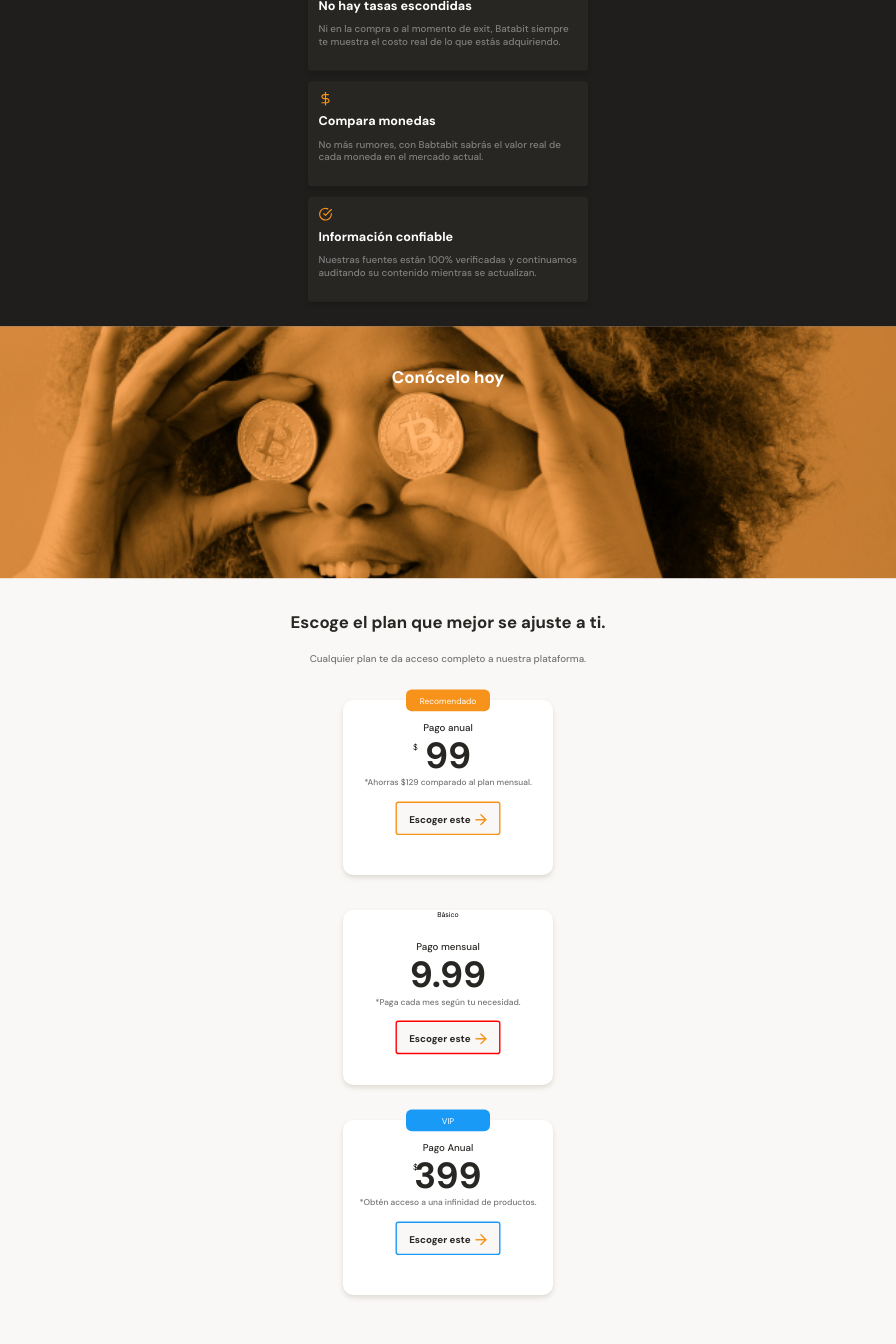
Repository: ChristianGecchelin/spa-full-css-html
Page: index.html
An editor plug-in stored every save of this project. The page is shown before and after the next save, followed by the edit.
The browser window is 1280 px wide. The pictures show the part of the page from y = 1860 to 3780 px (the page is 3780 px tall), at 70% of full size.

Above is the page before, as saved 2021-11-29 22:33:05.

### index.html
<!DOCTYPE html>
<html lang="en">
  <head>
    <meta charset="UTF-8" />
    <meta http-equiv="X-UA-Compatible" content="IE=edge" />
    <meta name="viewport" content="width=device-width, initial-scale=1.0" />
    <title></title>
    <link rel="preconnect" href="https://fonts.googleapis.com" />
    <link rel="preconnect" href="https://fonts.gstatic.com" crossorigin />
    <link
      href="https://fonts.googleapis.com/css2?family=DM+Sans:wght@400;500;700&family=Inter:wght@300;500&display=swap"
      rel="stylesheet"
    />
    <link rel="stylesheet" href="./styles/styles.css" />
  </head>
  <!-- shift+alt+A para comentar -->
  <body>
    <header>
      <!-- Las etiquetas principales no necesitan ponerle clase porque solo hay una en el archivo -->
      <img src="./assets/img/logo.svg" alt="logo" />
      <div class="header--title-container">
        <h1>La próxima revolución en el intercambio de criptomonedas.</h1>
        <p>
          Batatabit te ayuda a navegar entre los diferentes precios y
          tendencias.
        </p>
        <a class="header--button" href="#plans"
          >Conoce Nuestros Planes <span></span
        ></a>
      </div>
    </header>
    <main>
      <section class="main-exchange-container">
        <div class="backgroundImg"></div>
        <div class="main-exchange-container--title">
          <h2>Visibilizamos todas las tasas de cambio.</h2>
          <p>
            Traemos información en tiempo real de las casas de cambio y las
            monedas más importantes del mundo.
          </p>
        </div>
        <section class="main-tables-container">
          <!-- creo otra seccion porque tengo mucha información para mostrar -->
          <div class="main-currency-table">
            <p class="currency-table--title">Monedas</p>
            <div class="currency-table--container">
              <table>
                <tr>
                  <!-- table row --><!-- table data, info de la tabla -->
                  <td class="table__top-left">Bitcoin</td>
                  <td class="table__top-right table__right">
                    $1.96 <span class="down"></span>
                  </td>
                </tr>
                <tr>
                  <td>Ethereum</td>
                  <td class="table__top-right table__right">
                    $0.07 <span class="up"></span>
                  </td>
                </tr>
                <tr>
                  <td>Ripple</td>
                  <td class="table__right">$2.17 <span class="down"></span></td>
                </tr>
                <tr>
                  <td class="table__bottom-left">Stellar</td>
                  <td class="table__bottom-right table__right">
                    $4.96 <span class="down"></span>
                  </td>
                </tr>
              </table>
            </div>
            <div class="currency-table--date">
              <p><b>Actualizado</b> 19 de Julio 23:45</p>
            </div>
          </div>
          <div class="main-comissions-table">
            <p class="comissions-table--title">Comisiones</p>
            <div class="comissions-table--container">
              <table>
                <tr>
                  <!-- table row --><!-- table data, info de la tabla -->
                  <td class="table__top-left">Bitrade</td>
                  <td class="table__top-right table__right">$12.96</td>
                </tr>
                <tr>
                  <td>Bitpreco</td>
                  <td class="table__top-right table__right">$13.07</td>
                </tr>
                <tr>
                  <td>Novadax</td>
                  <td class="table__right">$13.15</td>
                </tr>
                <tr>
                  <td class="table__bottom-left">Coinext</td>
                  <td class="table__bottom-right table__right">$14.96</td>
                </tr>
              </table>
            </div>
            <div class="comissions-table--date">
              <p><b>Actualizado</b> 19 de Julio 23:45</p>
            </div>
          </div>
        </section>
      </section>
      <section class="main-product-detail">
        <span class="product-detail--batata-logo"></span>
        <div class="product-detail--title">
          <h2>Creamos un producto sin comparación.</h2>
          <p>Confiable y diseñado para su uso diario.</p>
        </div>
        <section class="product-cards--container">
          <article class="product-detail--card">
            <span class="clock"></span>
            <p class="product--card-title">Tiempo real</p>
            <p class="product--card-body">
              Nuestro API toma información minuto a minuto sobre las tasas que
              más determinan el comportamiento.
            </p>
          </article>
          <article class="product-detail--card">
            <span class="eye"></span>
            <p class="product--card-title">No hay tasas escondidas</p>
            <p class="product--card-body">
              Ni en la compra o al momento de exit, Batabit siempre te muestra
              el costo real de lo que estás adquiriendo.
            </p>
          </article>
          <article class="product-detail--card">
            <span class="dollar"></span>
            <p class="product--card-title">Compara monedas</p>
            <p class="product--card-body">
              No más rumores, con Babtabit sabrás el valor real de cada moneda
              en el mercado actual.
            </p>
          </article>
          <article class="product-detail--card">
            <span class="check"></span>
            <p class="product--card-title">Información confiable</p>
            <p class="product--card-body">
              Nuestras fuentes están 100% verificadas y continuamos auditando su
              contenido mientras se actualizan.
            </p>
          </article>
        </section>
      </section>
      <section class="bitcoin-img-container">
        <h2>Conócelo hoy</h2>
      </section>
      <section id="plans" class="main-plans-container">
        <div class="plans--title">
          <h2>Escoge el plan que mejor se ajuste a ti.</h2>
          <p>Cualquier plan te da acceso completo a nuestra plataforma.</p>
        </div>
        <section class="plans-container--slider">
          <article class="plans-container--card">
            <p class="recomendado">Recomendado</p>
            <div class="plan-info-container">
              <h3 class="plan-card--title">Pago anual</h3>
              <p class="plan-card--price"><span>$</span> 99</p>
              <p class="plan-card--saving">
                *Ahorras $129 comparado al plan mensual.
              </p>
              <button class="plan-card--ca">Escoger este <span></span></button>
            </div>
          </article>
          <article class="plans-container--card">
            <p class="basico">Básico</p>
            <div class="plan-info-container">
              <h3 class="plan-card--title">Pago mensual</h3>
              <p class="plan-card--price"><span>$</span> 9.99</p>
              <p class="plan-card--saving">
                *Paga cada mes según tu necesidad.
              </p>
              <button class="plan-card--car">Escoger este <span></span></button>
            </div>
          </article>
          <article class="plans-container--card">
            <p class="vip">VIP</p>
            <div class="plan-info-container">
              <h3 class="plan-card--title">Pago Anual</h3>
              <p class="plan-card--price"><span>$</span> 399</p>
              <p class="plan-card--saving">
                *Obtén acceso a una infinidad de productos.
              </p>
              <button class="plan-card--cab">Escoger este <span></span></button>
            </div>
          </article>
        </section>
      </section>
    </main>
    <footer></footer>
  </body>
</html>

### styles/styles.css
/* shift+alt+A para comentar */
/*  1° estilos relacionados a posicionamiento
    2° Modelo de caja (box model width height lo que da dimensión)
    3° Tipografías
    4° Visuales (sombras)
    5° Otros */
:root {
  /* colores (creo variables para no andar buscando los codigos */
  --bitcoin-orange: #f7931a;
  --soft-orange: #ffe9d5;
  --secondary-blue: #1a9af7;
  --soft-blue: #e7f5ff;
  --warm-black: #201e1c;
  --black: #282623;
  --grey: #bababa;
  --off-white: #faf8f7;
  --just-white: #fff;
}
* {
  box-sizing: border-box;
  margin: 0;
  padding: 0;
}
html {
  font-size: 62.5%;
  font-family: "DM Sans", sans-serif;
}
header {
  position: relative;
  display: flex;
  flex-direction: column;
  justify-content: center;
  width: 100%;
  min-width: 320px; /* dimensión más chica en moviles */
  height: 334px;
  text-align: center;
  background: linear-gradient(
    207.8deg,
    #201e1c 16.69%,
    #f7931a 100%
  ); /* el fondo con gradiente */
}
header img {
  width: 150px;
  height: 24px;
  margin-top: 60px;
  align-self: center; /* alineo al hijo (el padre debe tener flex) este caso es alineado horizontal porque el flex-direction es column */
}
.header--title-container {
  width: 90%; /* ocupa el 90% entre 288 y 900px */
  min-width: 288px;
  max-width: 900px;
  height: 218px;
  margin-top: 40px;
  text-align: center;
  align-self: center; /* centro el contenedor */
}
.header--title-container h1 {
  font-size: 2.4rem;
  font-weight: 700;
  line-height: 2.6rem;
  color: var(
    --just-white
  ); /* llamo la variable que cree en root para los colores */
}
.header--title-container p {
  margin-top: 25px;
  font-size: 1.4rem;
  font-weight: 500;
  line-height: 1.8rem;
  color: var(--soft-orange);
}
.header--title-container .header--button {
  position: absolute;
  top: 270px;
  left: calc(
    50% - 118px
  ); /* es importante dejar espacios entre el signo menos y los valores */
  display: block;
  margin-top: 35px;
  padding: 15px;
  width: 229px;
  height: 48px;
  background-color: var(--off-white);
  font-size: 1.4rem;
  font-weight: 700;
  text-decoration: none;
  color: var(--black);
  /* sombras */
  box-shadow: 0px 4px 8px rgba(89, 73, 30, 0.16);
  border: none;
  border-radius: 5px;
}
.header--button span {
  display: inline-block;
  width: 13px;
  height: 8px;
  margin-left: 10px;
  background-image: url(../assets/icons/down-arrow.svg);
}
main {
  width: 100%;
  height: auto;
  background-color: var(--off-white);
  min-width: 320px;
}
.main-exchange-container {
  width: 100%;
  height: auto;
  padding-top: 80px;
  padding-bottom: 30px;
  text-align: center;
}
.main-exchange-container--title {
  width: 90%;
  min-width: 288px;
  max-width: 900px;
  margin: 0 auto;
}
.main-exchange-container .backgroundImg {
  /* le tengo que dar dimensiones porque en el html la imagen no existe */
  width: 200px;
  height: 200px;
  margin: 0 auto;
  margin-bottom: 50px;
  background-image: url(../assets/img/Bitcoin.svg);
  background-size: cover;
  background-position: center;
  background-repeat: no-repeat; /* con estas propiedades de background garantizo que la imagen siempre va a estar centrada y que ocupe el espacio correcto */
}
.main-exchange-container h2 {
  margin-bottom: 30px;
  font-size: 2.4rem;
  font-weight: 700;
  line-height: 2.6rem;
  color: var(--black);
}
.main-exchange-container p {
  margin-bottom: 30px;
  font-size: 1.4rem;
  font-weight: 500;
  line-height: 1.6rem;
  color: #757575;
}
.main-currency-table .main-comissions-table {
  width: 70%;
  min-width: 235px;
  max-width: 500px;
  height: 360px;
  margin: 0 auto;
  font-family: "inter", "sans-serif";
}
.main-currency-table .currency-table--title,
.main-comissions-table .comissions-table--title {
  margin-bottom: 15px;
  font-size: 1.8rem;
  font-weight: bold;
  line-height: 2.3rem;
  color: var(--bitcoin-orange);
}
.main-comissions-table .comissions-table--title {
  margin-top: 30px;
  color: var(--secondary-blue);
}
.main-currency-table .currency-table--container,
.main-comissions-table .comissions-table--container {
  width: 90%;
  min-width: 230px;
  max-width: 300px;
  height: 250px;
  margin: 0 auto;
}
.currency-table--container table,
.comissions-table--container table {
  width: 100%;
  height: 100%;
}
.currency-table--container td,
.comissions-table--container td {
  width: 50%;
  font-size: 1.6rem;
  font-weight: 500;
  line-height: 1.9rem;
  color: var(--grey);
  background-color: var(--just-white);
}
.currency-table--container .table__top-left,
.comissions-table--container .table__top-left {
  border-radius: 15px 0 0 0;
}
.currency-table--container .table__top-right,
.comissions-table--container .table__top-right {
  border-radius: 0 15px 0 0;
}
.currency-table--container .table__bottom-left,
.comissions-table--container .table__bottom-left {
  border-radius: 0 0 15px 0;
}
.currency-table--container .table__bottom-right,
.comissions-table--container .table__bottom-right {
  border-radius: 0 0 0 15px;
}
.currency-table--container .table__right,
.comissions-table--container .table__right {
  font-size: 1.4rem;
  font-weight: normal;
  line-height: 1.7rem;
  color: #757575;
}
.currency-table--container .down,
.main-comissions-table .down {
  display: inline-block;
  width: 15px;
  height: 15px;
  margin-left: 10px;
  background-image: url(../assets/icons/trending-down.svg);
  background-size: cover;
  background-position: center;
  background-repeat: no-repeat;
}
.currency-table--container .up,
.main-comissions-table .up {
  display: inline-block;
  width: 15px;
  height: 15px;
  margin-left: 10px;
  background-image: url(../assets/icons/trending-up.svg);
  background-size: cover;
  background-position: center;
  background-repeat: no-repeat;
}
.currency-table--date,
.comissions-table--date {
  width: 190px;
  height: 30px;
  margin: 0 auto;
  margin-top: 15px;
  padding: 8px;
  background-color: var(--soft-orange);
  border-radius: 8px;
}
.comissions-table--date {
  background-color: var(--secondary-blue);
}
.currency-table--date p,
.comissions-table--date p {
  font-size: 1.2rem;
  line-height: 1.5rem;
  color: var(--warm-black);
  font-weight: 300;
}
.main-product-detail {
  position: relative;
  width: 100%;
  min-width: 320px;
  height: auto;
  padding: 20px 10px;
  background-color: var(--warm-black);
}
.product-detail--batata-logo {
  position: absolute;
  width: 40px;
  height: 25px;
  top: -10px;
  left: calc(50% - 20px); /* 20px porque es la mitad del width */
  background-image: url(../assets/icons/batata.svg);
}
.product-detail--title {
  width: 90%;
  min-width: 288px;
  height: auto;
  margin: 0 auto;
  margin-top: 50px;
  text-align: center;
}
.product-detail--title h2 {
  margin-bottom: 20px;
  font-size: 2.4rem;
  font-weight: 700;
  line-height: 2.6rem;
  color: var(--just-white);
}
.product-detail--title {
  margin-bottom: 20px;
  font-size: 1.4rem;
  font-weight: 500;
  line-height: 1.8rem;
  color: #808080;
}
.product-detail--card {
  width: 90%;
  min-width: 288px;
  max-width: 400px;
  height: 150px;
  margin: 15px auto;
  padding: 15px;
  background-color: var(--black);
  border-radius: 5px;
  box-shadow: 0 4px 8px rgba(0, 0, 0, 0.16);
}
.product-detail--card .clock {
  display: inline-block;
  width: 20px;
  height: 20px;
  margin-bottom: 10px;
  background-image: url(../assets/icons/clock.svg);
  background-size: cover;
  background-position: center;
  background-repeat: no-repeat;
}
.product-detail--card .eye {
  display: inline-block;
  width: 20px;
  height: 20px;
  margin-bottom: 10px;
  background-image: url(../assets/icons/eye.svg);
  background-size: cover;
  background-position: center;
  background-repeat: no-repeat;
}
.product-detail--card .dollar {
  display: inline-block;
  width: 20px;
  height: 20px;
  margin-bottom: 10px;
  background-image: url(../assets/icons/dollar-sign.svg);
  background-size: cover;
  background-position: center;
  background-repeat: no-repeat;
}
.product-detail--card .check {
  display: inline-block;
  width: 20px;
  height: 20px;
  margin-bottom: 10px;
  background-image: url(../assets/icons/check-circle.svg);
  background-size: cover;
  background-position: center;
  background-repeat: no-repeat;
}
.product--card-title {
  margin-bottom: 15px;
  font-size: 1.8rem;
  font-weight: 700;
  line-height: 1.8rem;
  color: var(--just-white);
}
.product--card-body {
  font-size: 1.4rem;
  font-weight: 500;
  line-height: 1.8rem;
  color: #808080;
}
.bitcoin-img-container {
  width: 100%;
  min-width: 320px;
  height: 50vh;
  background-image: url("../assets/img/bitcoinbaby2x.jpg");
  background-position: center;
  background-size: cover;
  background-repeat: no-repeat;
  text-align: center;
}
.bitcoin-img-container h2 {
  padding-top: 60px;
  font-size: 2.4rem;
  font-weight: 700;
  line-height: 2.6rem;
  color: var(--just-white);
}
.main-plans-container {
  width: 100%;
  min-width: 320px;
  padding-bottom: 70px;
  text-align: center;
}
.main-plans-container .plans--title {
  width: 90%;
  min-width: 288px;
  height: auto;
  margin: 0 auto;
  margin-bottom: 50px;
}
.main-plans-container .plans--title h2 {
  margin-top: 50px;
  font-size: 2.4rem;
  font-weight: 700;
  line-height: 2.6rem;
  color: var(--black);
}
.main-plans-container .plans--title p {
  padding-top: 30px;
  font-size: 1.4rem;
  font-weight: 500;
  line-height: 1.8rem;
  color: #757575;
}
.plans-container--card {
  position: relative;
  width: 70%;
  min-width: 230px;
  max-width: 300px;
  height: 250px;
  margin: 50px auto 0;
  padding: 0 15px;
  background-color: var(--just-white);
  border-radius: 15px;
  box-shadow: 0 4px 8px rgba(89, 73, 30, 0.16);
}
.recomendado {
  position: absolute;
  width: 120px;
  height: 31px;
  background-color: var(--bitcoin-orange);
  top: -15px;
  left: calc(50% - 60px);
  padding: 8px;
  font-size: 1.2rem;
  border-radius: 8px;
  color: var(--just-white);
}
.vip {
  position: absolute;
  width: 120px;
  height: 31px;
  background-color: var(--secondary-blue);
  top: -15px;
  left: calc(50% - 60px);
  padding: 8px;
  font-size: 1.2rem;
  border-radius: 8px;
  color: var(--just-white);
}

.plan-card--title {
  padding-top: 30px;
  font-size: 1.4rem;
  font-weight: 500;
  line-height: 1.8rem;
  color: var(--black);
}
.plan-card--price {
  position: relative;
  padding: 5px 0;
  font-size: 5.2rem;
  font-weight: 700;
  line-height: 5.3rem;
  color: var(--black);
}
.plan-card--price span {
  position: absolute;
  top: -6px;
  left: calc(50% - 50px);
  font-size: 1.2rem;
  font-weight: 300;
}
.plan-card--saving {
  font-size: 1.2rem;
  font-weight: 500;
  line-height: 1.4rem;
  color: #757575;
}
.plan-card--ca {
  width: 150px;
  height: 48px;
  margin-top: 20px;
  background-color: #faf8f7;
  border: 2px solid var(--bitcoin-orange);
  border-radius: 4px;
  font-family: "DM Sans", "sans-serif";
  font-size: 1.4rem;
  font-weight: 700;
  line-height: 1.8rem;
  color: var(--black);
}
.plan-card--cab {
  width: 150px;
  height: 48px;
  margin-top: 20px;
  background-color: #faf8f7;
  border: 2px solid var(--secondary-blue);
  border-radius: 4px;
  font-family: "DM Sans", "sans-serif";
  font-size: 1.4rem;
  font-weight: 700;
  line-height: 1.8rem;
  color: var(--black);
}
.plan-card--ca span {
  display: inline-block;
  width: 20px;
  height: 20px;
  background-image: url("../assets/icons/orange-right-arrow.svg");
  vertical-align: text-bottom; /* alinea el texto */
}
.plan-card--cab span {
  display: inline-block;
  width: 20px;
  height: 20px;
  background-image: url("../assets/icons/orange-right-arrow.svg");
  vertical-align: text-bottom; /* alinea el texto */
}
.plan-card--car {
  width: 150px;
  height: 48px;
  margin-top: 20px;
  background-color: #faf8f7;
  border: 2px solid red;
  border-radius: 4px;
  font-family: "DM Sans", "sans-serif";
  font-size: 1.4rem;
  font-weight: 700;
  line-height: 1.8rem;
  color: var(--black);
}

.plan-card--car span {
  display: inline-block;
  width: 20px;
  height: 20px;
  background-image: url("../assets/icons/orange-right-arrow.svg");
  vertical-align: text-bottom; /* alinea el texto */
}

After the next save:
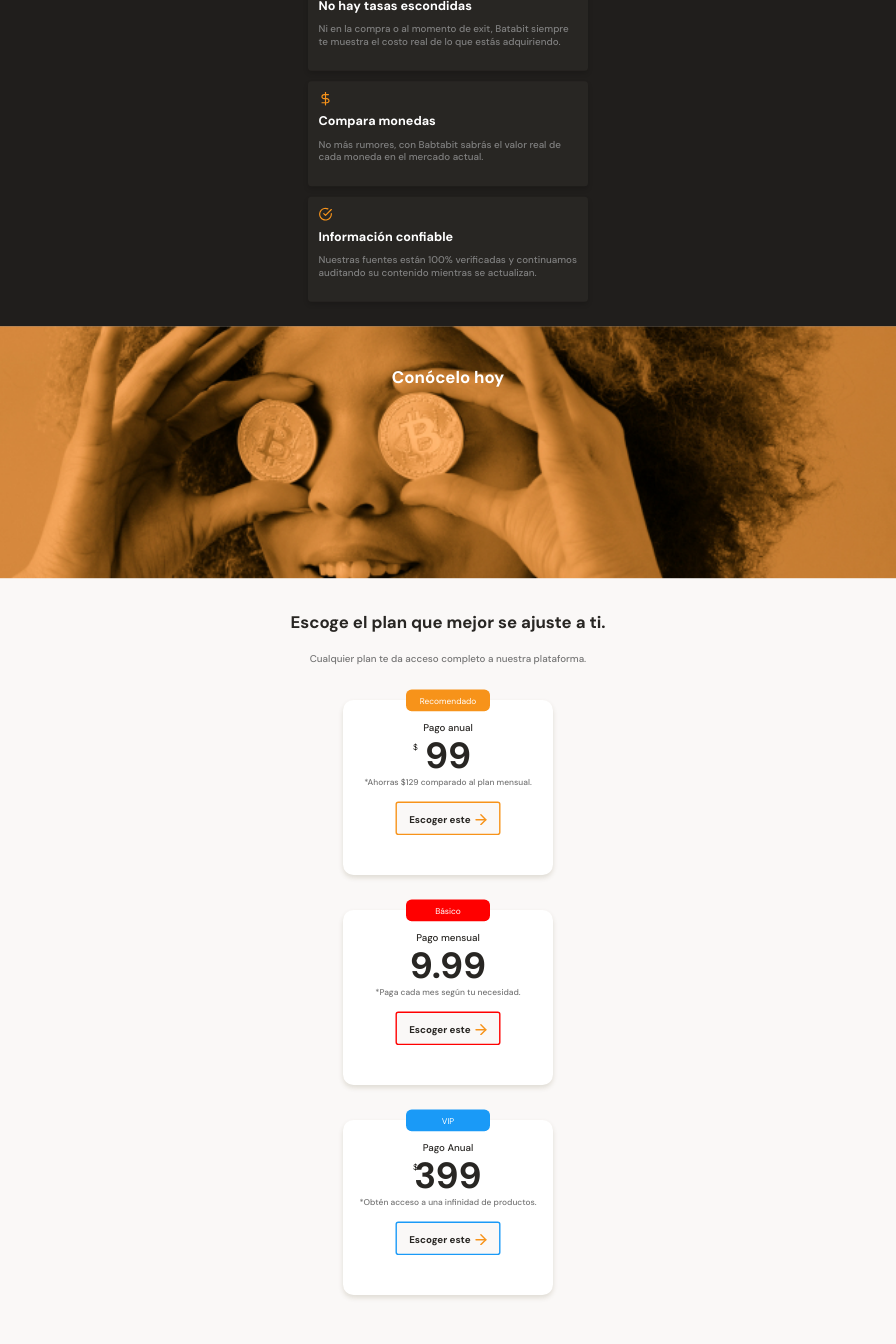
Saved 42 s later.
--- a/styles/styles.css
+++ b/styles/styles.css
@@ -431,7 +431,18 @@
   border-radius: 8px;
   color: var(--just-white);
 }
-
+.basico {
+  position: absolute;
+  width: 120px;
+  height: 31px;
+  background-color: red;
+  top: -15px;
+  left: calc(50% - 60px);
+  padding: 8px;
+  font-size: 1.2rem;
+  border-radius: 8px;
+  color: var(--just-white);
+}
 .plan-card--title {
   padding-top: 30px;
   font-size: 1.4rem;
